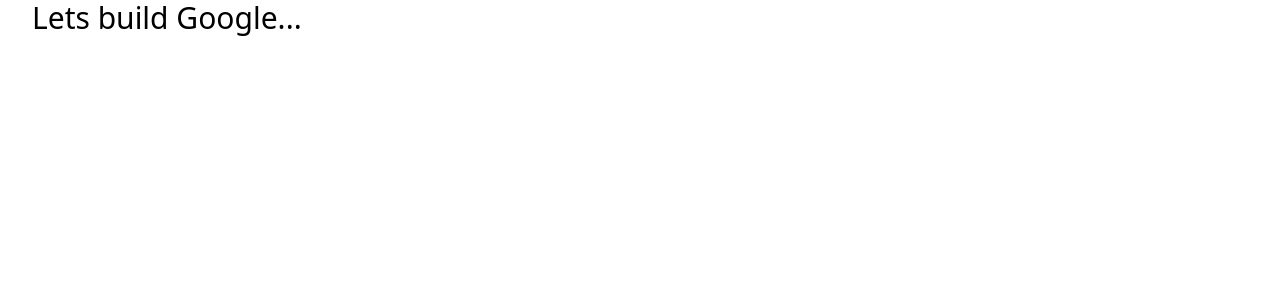
Repository: SehajBindra/Google-clone
Page: /
These files come from the project's save history. The page is drawn as it stood at one moment and after the next save; the edit follows.
The browser window is 1280 px wide. The pictures show the whole page.
The project was rebuilt for these pictures with package versions that can differ from the ones it lists, and the page was loaded fresh each time. The framework's server and built-in components were replaced by stand-ins that run in the browser. Also part of the build but not shown: next.config.js.

Above is the page before, as saved 2022-08-14 01:29:19.

After the next save:
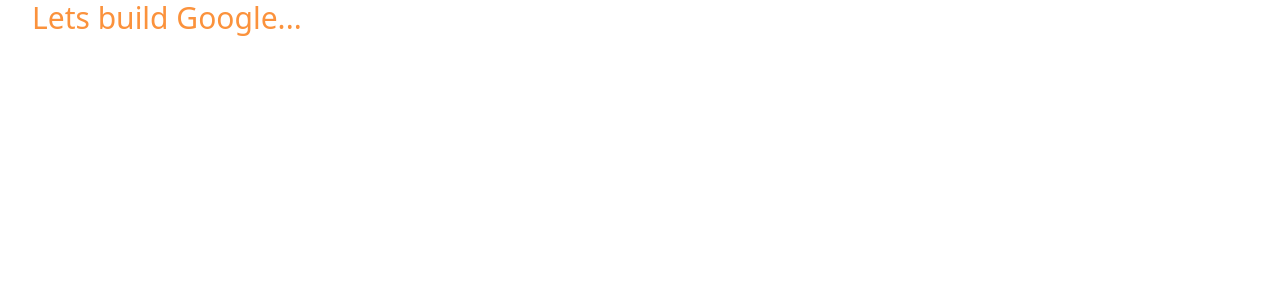
Saved 40 s later.
--- a/pages/index.js
+++ b/pages/index.js
@@ -11,7 +11,7 @@
         <link rel="icon" href="/favicon.ico" />
       </Head>
 
-      <h1 className="text-3xl">Lets build Google...</h1>
+      <h1 className="text-3xl text-orange-400">Lets build Google...</h1>
     </div>
   );
 }
